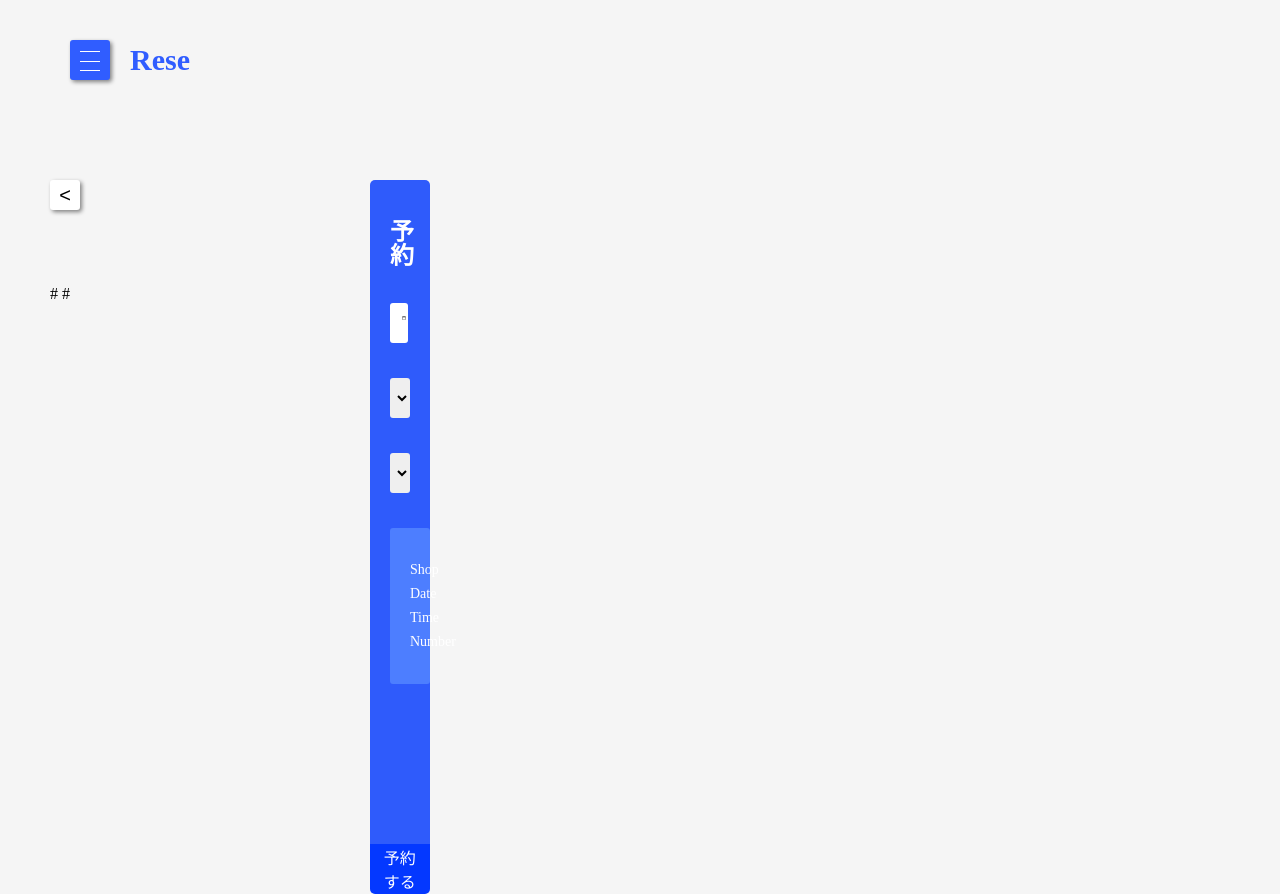
Repository: Haruka-Wada/Rese
Page: src/resources/views/shop_detail.blade.php
An editor plug-in stored every save of this project. The page is shown before and after the next save, followed by the edit.
The browser window is 1280 px wide. The pictures show the whole page.
The page is served by the project's Laravel application, run on PHP 8.4 with Laravel 8. The template is opened directly, without the code that normally fills it, so the values that code supplies are empty.

Above is the page before, as saved 2024-11-19 15:00:00.

After the next save:
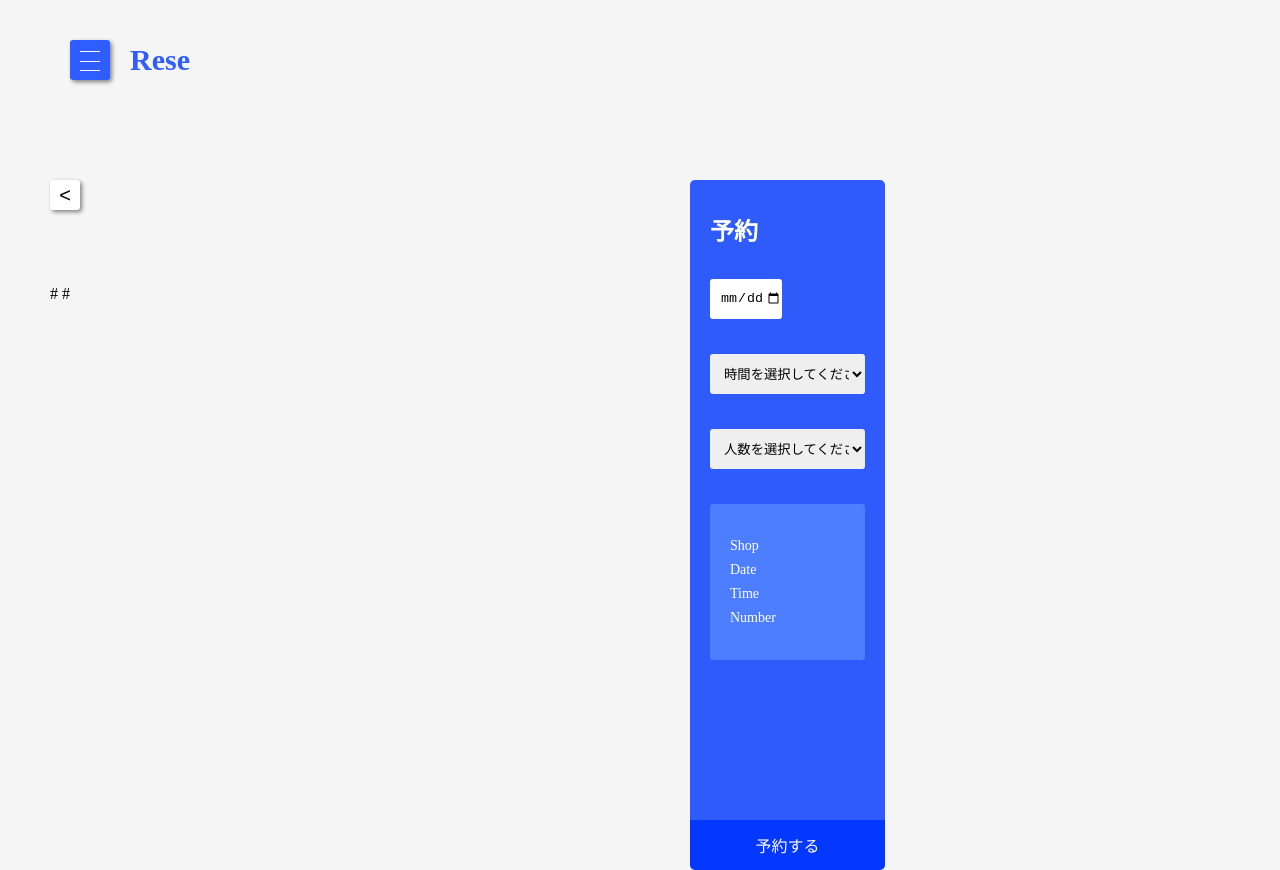
Saved 30 s later.
--- a/src/public/css/shop_detail.css
+++ b/src/public/css/shop_detail.css
@@ -4,9 +4,6 @@
 
 .main {
     padding: 0;
-    display: grid;
-    grid-template-rows: 130px 400px;
-    grid-template-columns: 50% 1fr;
 }
 
 .main__container {
